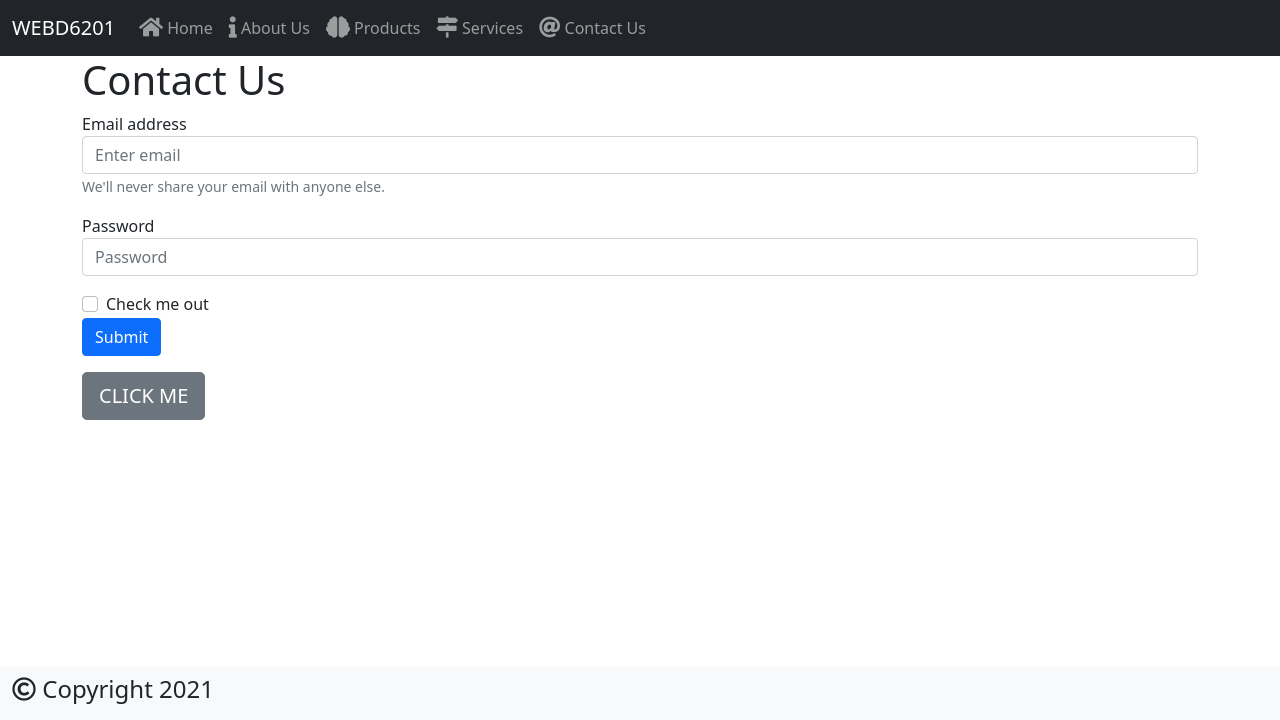
Repository: GarlicButterBoy/WEBD6201-Week1
Page: contact.html
The author's editor kept a copy of each file at every save. The page is drawn from the files as they stood at one save, then again after the next save.
The browser window is 1280 px wide. The pictures show the whole page.

Above is the page before, as saved 2021-01-21 09:15:26.

### contact.html
<!DOCTYPE html>
<html lang="en">
<head>
    <meta charset="UTF-8">
    <meta name="viewport" content="width=device-width, initial-scale=1.0">
    <title>Contact Us</title>

    <!-- CSS Section -->
    <link rel="stylesheet" href="./node_modules/bootstrap/dist/css/bootstrap.min.css">
    <link rel="stylesheet" href="./node_modules/@fortawesome/fontawesome-free/css/all.min.css">
    <link rel="stylesheet" href="./Content/app.css">

</head>
<body>
       <!-- Main Nav Header -->

       <header>
         <!--Main Navigation-->
        <nav class="navbar navbar-expand-lg navbar-dark bg-dark">
            <div class="container-fluid">
              <a class="navbar-brand" href="index.html">WEBD6201</a>
              <button class="navbar-toggler" type="button" data-bs-toggle="collapse" data-bs-target="#navbarSupportedContent" aria-controls="navbarSupportedContent" aria-expanded="false" aria-label="Toggle navigation">
                <span class="navbar-toggler-icon"></span>
              </button>
              <div class="collapse navbar-collapse" id="navbarSupportedContent">
                <ul class="navbar-nav ml-auto mb-2 mb-lg-0">

                  <li class="nav-item">
                    <a class="nav-link" aria-current="page" href="index.html">
                        <i class="fas fa-home fa-lg"></i> Home</a>
                  </li>

                  <li class="nav-item">
                    <a class="nav-link" aria-current="page" href="about.html">
                        <i class="fas fa-info fa-lg"></i> About Us</a>
                  </li>

                  <li class="nav-item">
                    <a class="nav-link" aria-current="page" href="products.html">
                        <i class="fas fa-brain fa-lg"></i> Products</a>
                  </li>

                  <li class="nav-item">
                    <a class="nav-link" aria-current="page" href="services.html">
                        <i class="fas fa-map-signs fa-lg"></i> Services</a>
                  </li>

                  <li class="nav-item  active">
                    <a class="nav-link" aria-current="page" href="contact.html">
                        <i class="fas fa-at fa-lg"></i> Contact Us</a>
                  </li>

                </ul>
              </div>
            </div>
          </nav>
    </header>
<!--Main Content-->
    <main class="container">
        <h1>Contact Us</h1>

        <form>
          <div class="mb-3">
            <label for="exampleInputEmail1">Email address</label>
            <input type="email" class="form-control" id="exampleInputEmail1" aria-describedby="emailHelp" placeholder="Enter email">
            <small id="emailHelp" class="form-text text-muted">We'll never share your email with anyone else.</small>
          </div>
          <div class="mb-3">
            <label for="exampleInputPassword1">Password</label>
            <input type="password" class="form-control" id="exampleInputPassword1" placeholder="Password">
          </div>
          <div class="form-check">
            <input type="checkbox" class="form-check-input" id="exampleCheck1">
            <label class="form-check-label" for="exampleCheck1">Check me out</label>
          </div>
          <button type="submit" class="btn btn-primary">Submit</button>
        </form>

        <p id="paragraphOne" ></p>
        <button class="btn btn-secondary btn-lg" id="clickMeButton">CLICK ME</button>
    </main>
<!--Main Footer-->
    <footer>
        <nav class="navbar fixed-bottom navbar-light bg-light">
            <div class="container-fluid">
              <h4><i class="far fa-copyright" ></i> Copyright 2021</h4>
            </div>
        </nav>
    </footer>

    <!-- JavaScript Section -->
    <script src="./node_modules/jquery/dist/jquery.min.js"></script>
    <script src="./node_modules/bootstrap/dist/js/bootstrap.bundle.min.js"></script>
    <script src="./Scripts/app.js"></script>

</body>
</html>

### Content/app.css
/*
 * Custom CSS goes here!
 */

### Scripts/app.js
/*
 * Custom Scripts go here!
 */

//IIFE - Immediately Invoked Function Expression
//AKA - Anonymous Self-Executing Function
//Closure - Limits Scope Leak

"use strict";

(function()
{

    function displayHome()
    {

    }

    function displayAbout()
    {

    }

    function displayProducts()
    {

    }

    function displayServices()
    {

    }

    function displayContact()
    {

    }

    //Initialization Function
    function Start()
    {

       console.log("App Started...");
       switch(document.title)
       {
           case 'Home':
               displayHome();
               break;
           case 'About':
               displayAbout();
               break;
           case 'Products':
               displayProducts();
               break;
           case 'Services':
               displayServices();
               break;
           case 'Contact':
               displayContact();
               break;
       }

/*
       let paragraphOneText = "This is a simple site to demonstrate DOM Manipulation for ICE 01.";

       let paragraphOneElement = document.getElementById("paragraphOne");

       paragraphOneElement.className = "fs-5 fw-bold";
       paragraphOneElement.textContent = paragraphOneText;

       //Step 1. document.createElement
       let newParagraph = document.createElement("p");
       //Step 2. Configure the element
       newParagraph.setAttribute("id", "paragraphTwo");
       newParagraph.textContent = "...And this is paragraph Two.";
       //Step 3. Select the parent
       let mainContent = document.getElementsByTagName("main")[0];
       //Step 4. Add/Insert the element
       mainContent.appendChild(newParagraph);

       paragraphTwo.className = "fs-6";

       //Another way to inject a comment
       let paragraphDiv = document.createElement('div');
       let paragraphThree = `<p class="fs-7" fw-bold>This is the third paragraph.</p>`;
       paragraphDiv.innerHTML = paragraphThree;

       //Insertion Before
       //paragraphTwo.before(paragraphDiv);

       //Insertion After
       paragraphTwo.after(paragraphDiv);

       //deletions
       //target an element
       //paragraphOneElement.remove();//remove a single element
       //target a child (rough)
       mainContent.removeChild(paragraphOneElement);

       //updates/modifications
       //paragraphTwoElement.firstChild.textContent = "This is an update. Welcome back!";
       mainContent.firstElementChild.textContent = "This is an update. Welcome back!";

        mainContent.innerHTML =
        `
        <h1 id="firstHeading">Welcome to Webd6201 - Lab 1</h1>
        <p id="firstParagraph" class="fw-bold">This is the first paragraph</p>
        `;
*/
       for (let index = 0; index < 5; index++)
       {

        console.log(index);

        let clickMeButton = document.getElementById("clickMeButton");



        clickMeButton.addEventListener("click", ()=>
        {
            console.log("Click me button was depressed :(");
        });
       }
    }
    //Event Listener
    window.addEventListener("load", Start);

})();

Loaded but not shown: node_modules/bootstrap/dist/css/bootstrap.min.css (library); node_modules/@fortawesome/fontawesome-free/css/all.min.css (library); node_modules/jquery/dist/jquery.min.js (library); node_modules/bootstrap/dist/js/bootstrap.bundle.min.js (library)

After the next save:
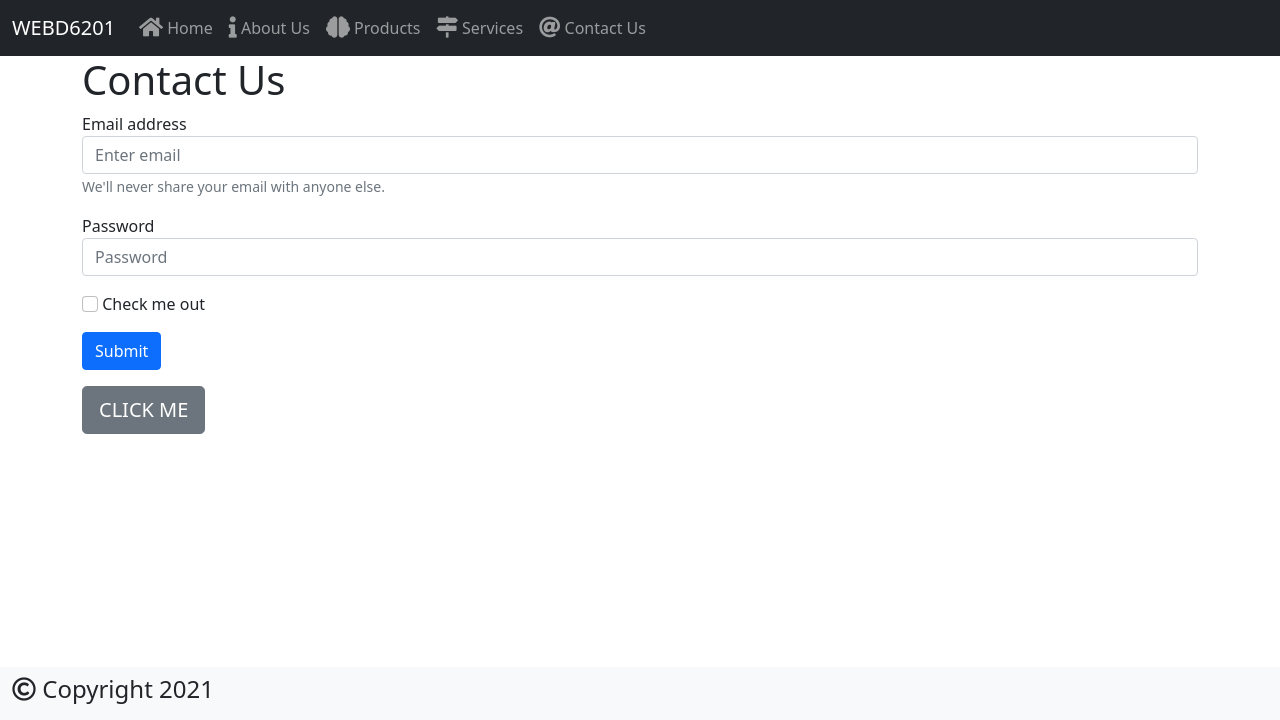
Saved 7 s later.
--- a/contact.html
+++ b/contact.html
@@ -69,7 +69,7 @@
             <label for="exampleInputPassword1">Password</label>
             <input type="password" class="form-control" id="exampleInputPassword1" placeholder="Password">
           </div>
-          <div class="form-check">
+          <div class="mb-3">
             <input type="checkbox" class="form-check-input" id="exampleCheck1">
             <label class="form-check-label" for="exampleCheck1">Check me out</label>
           </div>
